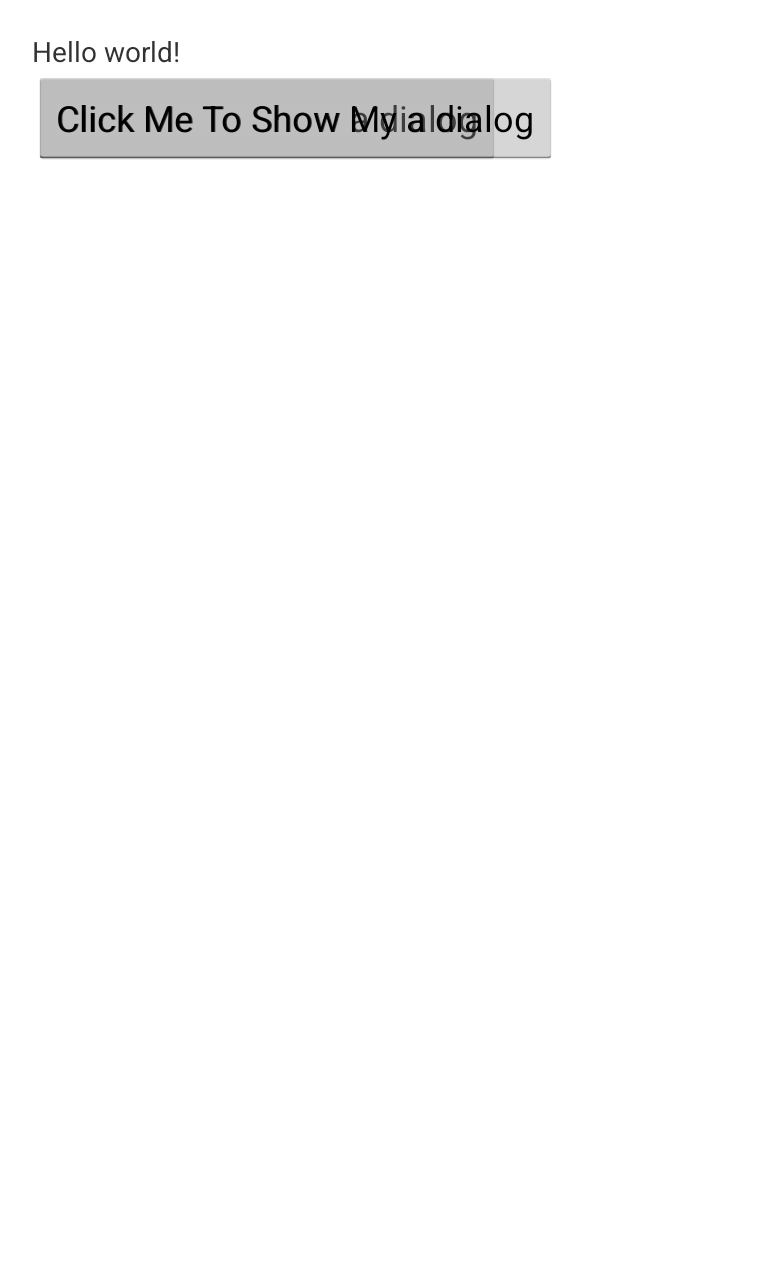
Repository: libelosophy/anjoyo
Layout: workspace/DialogDemo/res/layout/activity_dialog_demo.xml
An editor plug-in stored every save of this project. The layout is shown before and after the next save, followed by the edit.
It is drawn on a 768 x 1280 px phone screen (xhdpi) without system bars, with theme AppTheme; the app's code is not run.

Above is the layout before, as saved 2013-09-12 01:38:02.

After the next save:
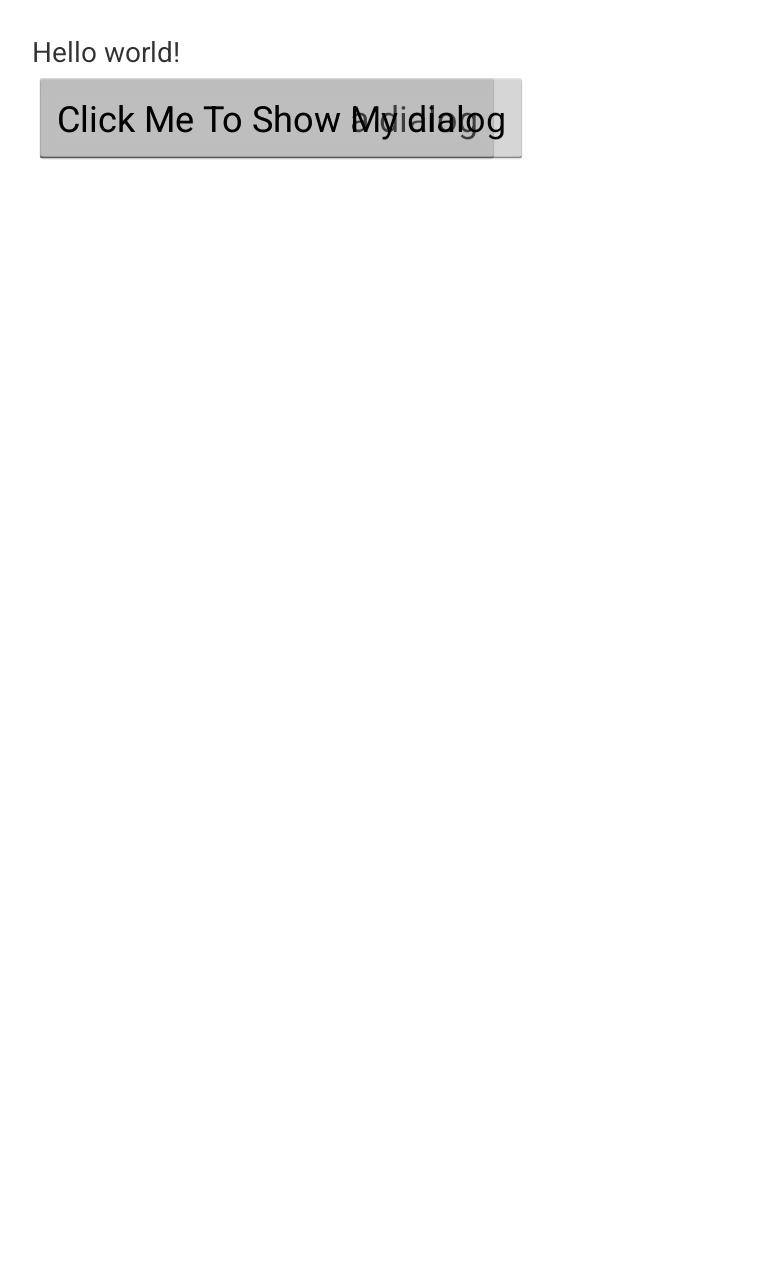
Saved 70 s later.
--- a/workspace/DialogDemo/res/values/strings.xml
+++ b/workspace/DialogDemo/res/values/strings.xml
@@ -7,7 +7,7 @@
 
 
     <string name ="dialog_trigger_tips">Click Me To Show a dialog</string>
-	<string name ="mydialog_trigger_tips">Click Me To Show My a dialog</string>
+	<string name ="mydialog_trigger_tips">Click Me To Show My dialog</string>
 
 
 </resources>
